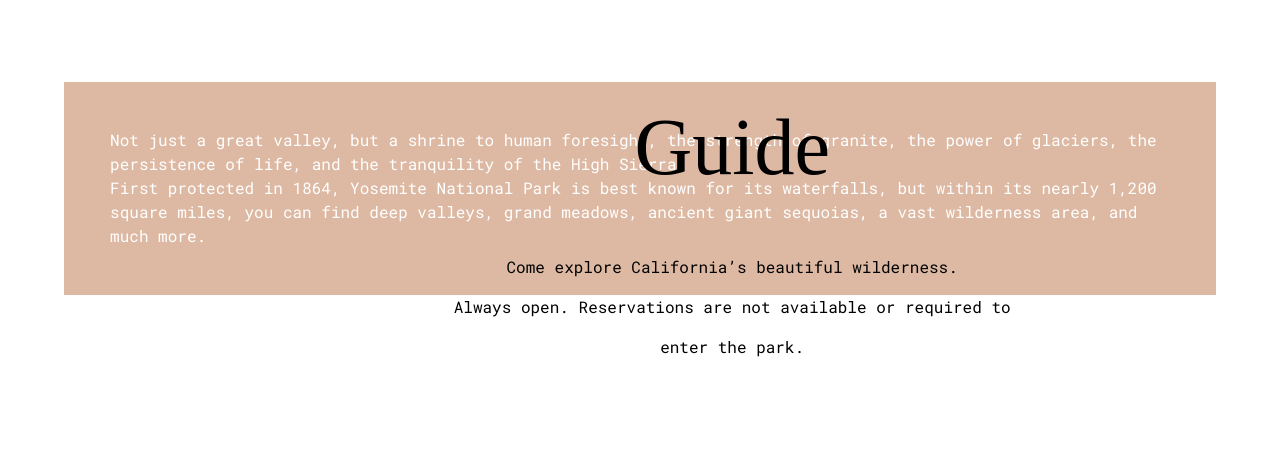
Repository: yoshimario/web-module-challenge-intro-css
Page: index.html
These files come from the project's save history. The page is drawn as it stood at one moment and after a run of saves; the edit follows.
The browser window is 1280 px wide. The pictures show the part of the page from y = 418 to 887 px (the page is 2431 px tall before and 2455 px after).
A picture or video elsewhere on the page could not be fetched, so the positions and the page height are approximate. Some web fonts or font styles are not loaded; a fallback is used.

Above is the page before, as saved 2023-05-22 00:38:15.

After the next 3 saves:
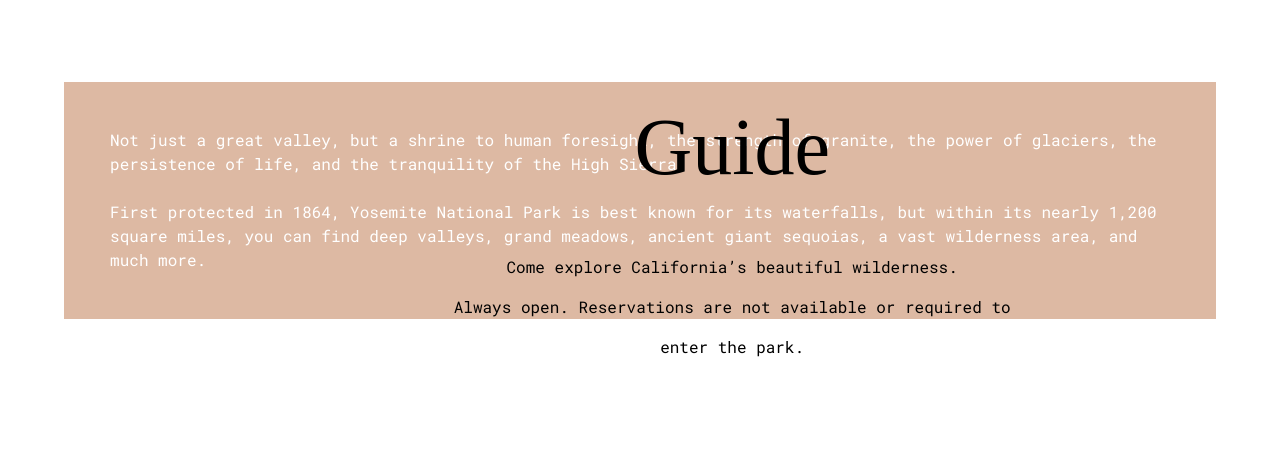
The 3 saves are shown as one change because they came seconds apart.
The last was saved 44 s later.
--- a/index.html
+++ b/index.html
@@ -31,7 +31,7 @@
   <section>
     <div class="story">
       <p>Not just a great valley, but a shrine to human foresight, the strength of granite, the power of glaciers, the
-        persistence of life, and the tranquility of the High Sierra.</p>
+        persistence of life, and the tranquility of the High Sierra.</p><br>
       <p>First protected in 1864, Yosemite National Park is best known for its waterfalls, but within its nearly 1,200
         square
         miles, you can find deep valleys, grand meadows, ancient giant sequoias, a vast wilderness area, and much more.

After the save that followed:
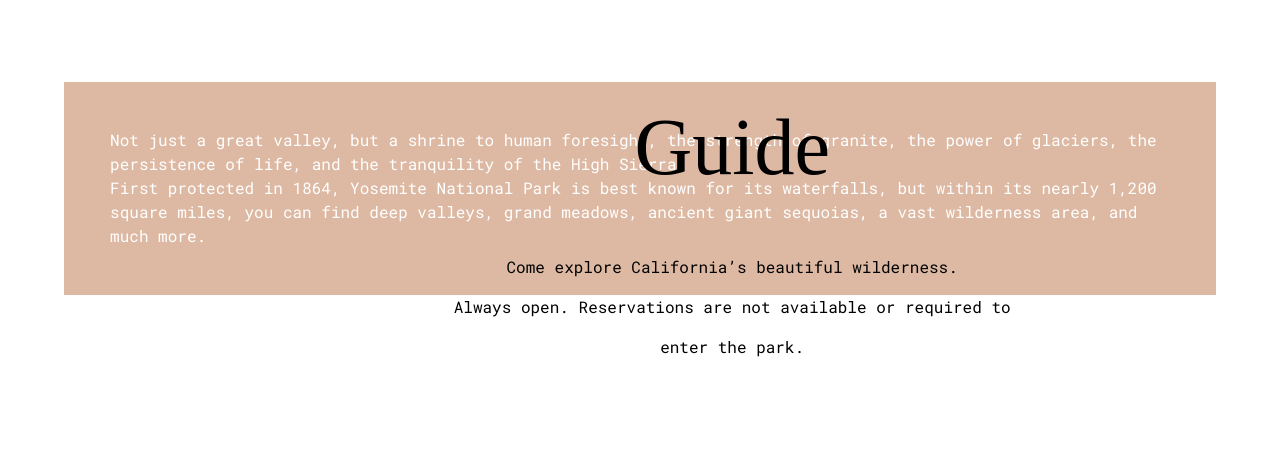
Saved 10 s later.
--- a/index.html
+++ b/index.html
@@ -31,7 +31,7 @@
   <section>
     <div class="story">
       <p>Not just a great valley, but a shrine to human foresight, the strength of granite, the power of glaciers, the
-        persistence of life, and the tranquility of the High Sierra.</p><br>
+        persistence of life, and the tranquility of the High Sierra.</p>
       <p>First protected in 1864, Yosemite National Park is best known for its waterfalls, but within its nearly 1,200
         square
         miles, you can find deep valleys, grand meadows, ancient giant sequoias, a vast wilderness area, and much more.
